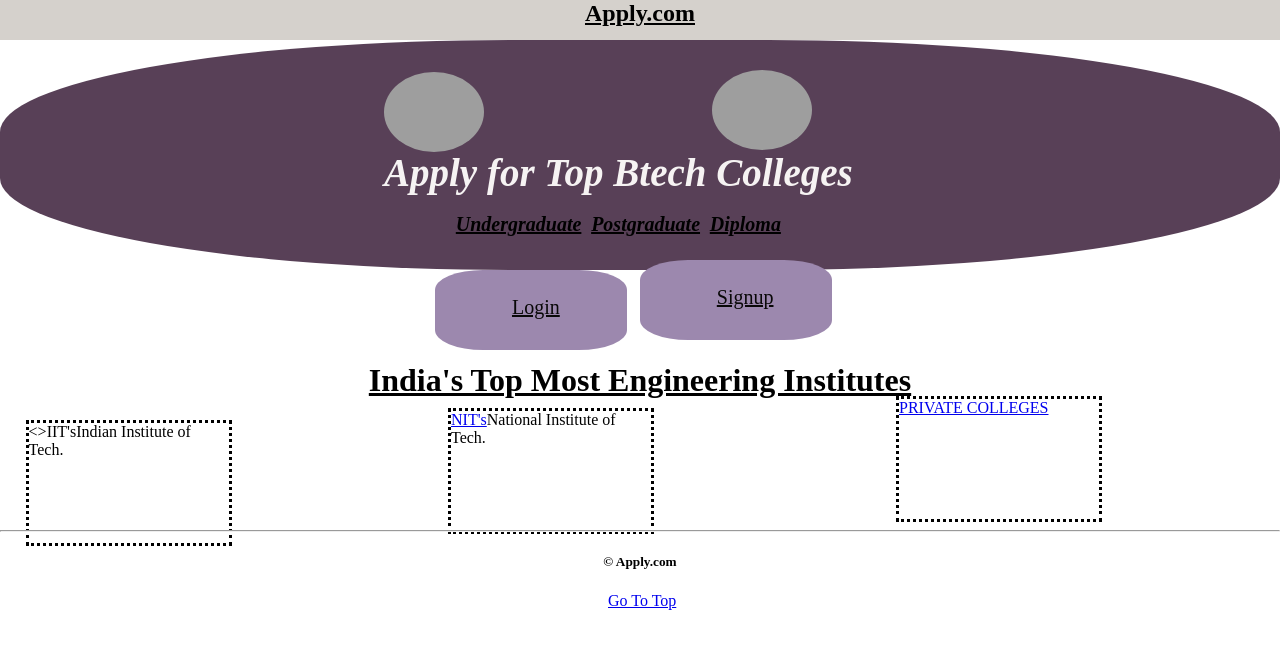
Repository: dashmeenkalra/dashmeen_kalra
Page: css,bootstrap/CSS/btech.html
These files come from the project's save history. The page is drawn as it stood at one moment and after the next save; the edit follows.
The browser window is 1280 px wide. The pictures show the whole page.
Pictures or frames that could not be fetched are drawn as grey boxes.

Above is the page before, as saved 2023-03-28 20:04:19.

After the next save:
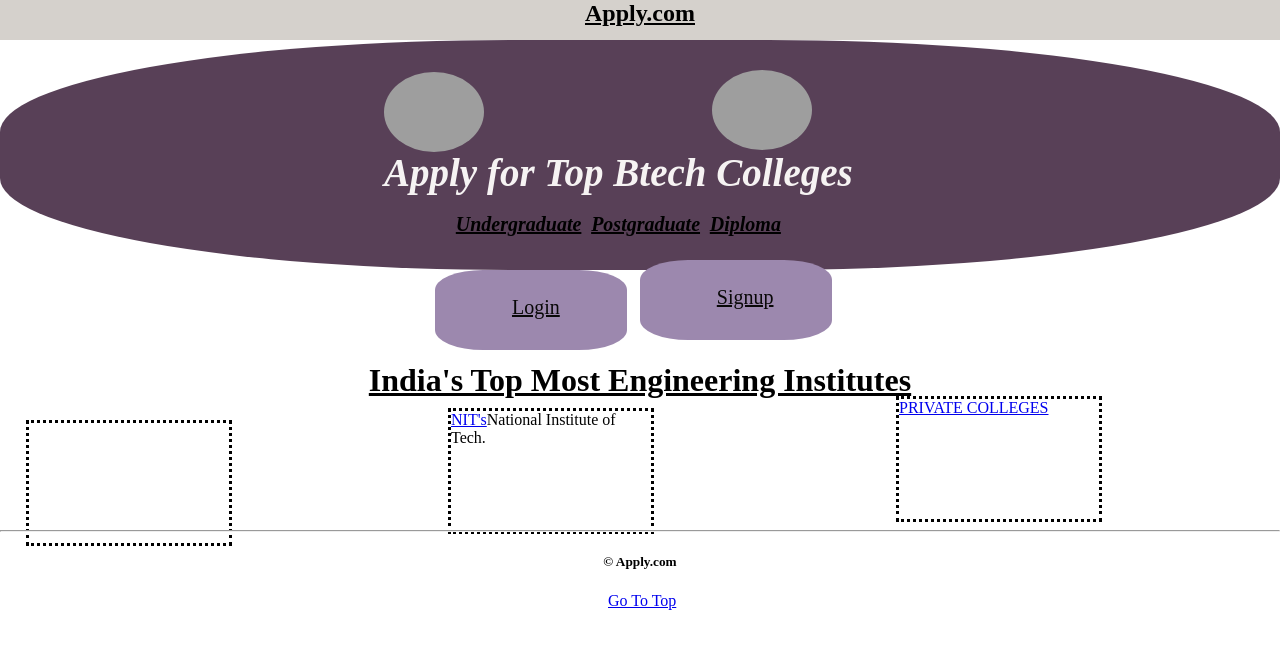
Saved 4 s later.
--- a/css,bootstrap/CSS/btech.html
+++ b/css,bootstrap/CSS/btech.html
@@ -30,7 +30,7 @@
         </div>
         <h1>India's Top Most Engineering Institutes</h1>
         <div id="type">
-        <>IIT's</h2>Indian Institute of Tech.
+
         </div>
         <div id="type1">
             <a href="#">NIT's</a>National Institute of Tech.
